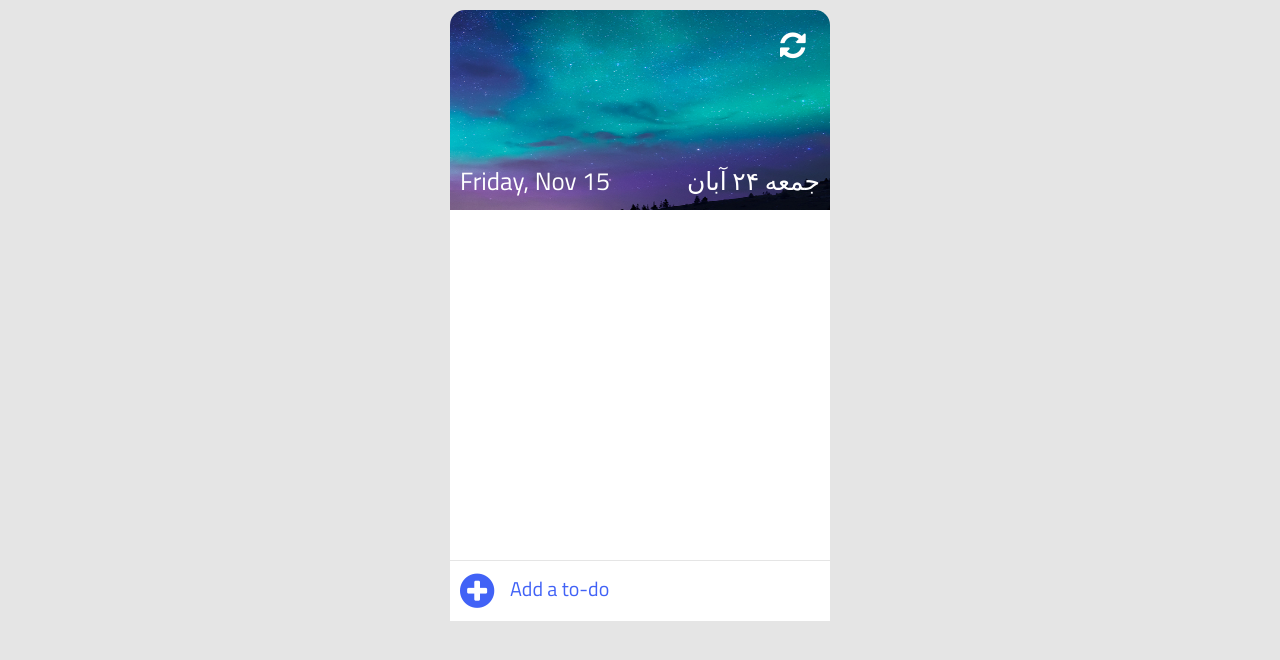
Repository: abouzarSoleymani/todo-js
Page: index.html
The author's editor kept a copy of each file at every save. The page is drawn from the files as they stood at one save, then again after the next save.
The browser window is 1280 px wide. The pictures show the whole page.
Some web libraries are served in a nearby version.

Above is the page before, as saved 2019-11-15 13:17:00.

After the next save:
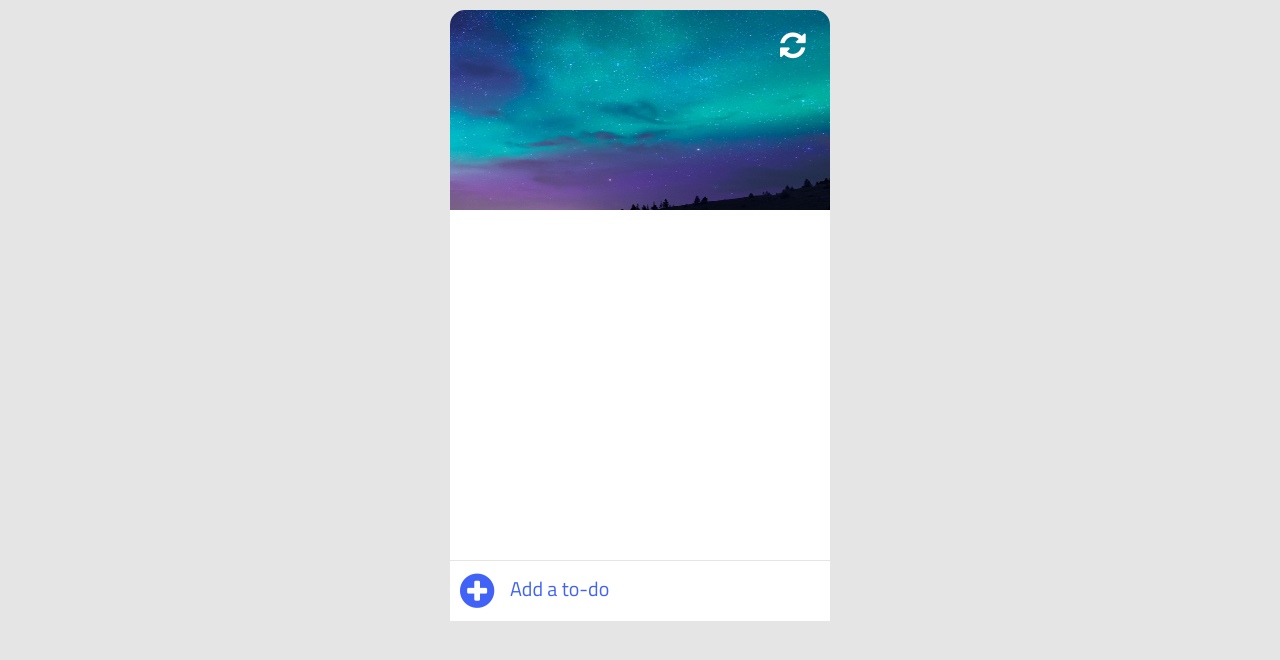
Console error: TypeError: today.format is not a function
Saved 64 s later.
--- a/js/app.js
+++ b/js/app.js
@@ -46,6 +46,7 @@
 const optionsEN = {weekday : "long", month:"short", day:"numeric"};
 const optionsFA = { weekday : "long", month:"short", day:"numeric"};
 const today = new Date();
+today.format('dd st-MMM-yyyy');
 
 dateElementEN.innerHTML = today.toLocaleDateString("en-US", optionsEN);
 dateElementFA.innerHTML = today.toLocaleDateString("fa", optionsFA);

After the 2 saves that followed:
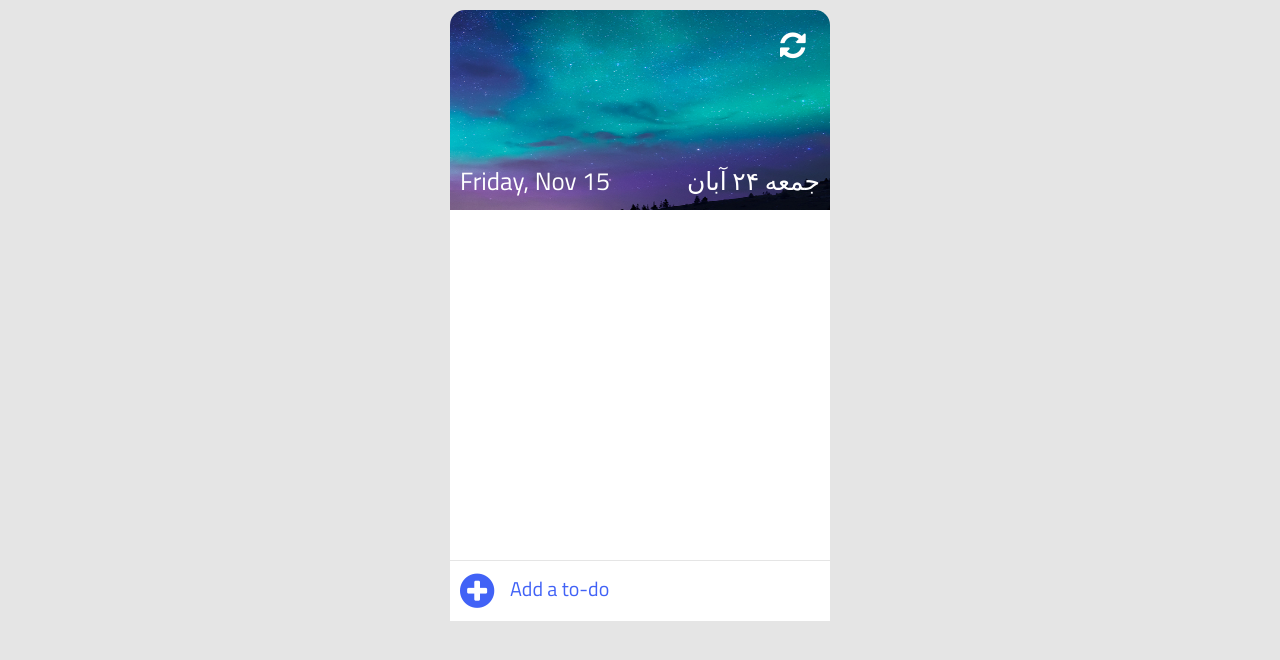
The error is gone.
The 2 saves are shown as one change because 1 left the picture as it was.
The last was saved 3 min 15 s later.
--- a/index.html
+++ b/index.html
@@ -5,6 +5,8 @@
     <meta charset="UTF-8">
     <title>JavaScript - To Do List</title>
     <link rel="stylesheet" href="https://fonts.googleapis.com/css?family=Titillium+Web">
+    <script src="https://cdnjs.cloudflare.com/ajax/libs/moment.js/2.18.1/moment.min.js"></script>
+
     <link rel="stylesheet" href="css/font-awesome.css">
     <link rel="stylesheet" href="css/style.css">
 </head>
--- a/js/app.js
+++ b/js/app.js
@@ -46,7 +46,7 @@
 const optionsEN = {weekday : "long", month:"short", day:"numeric"};
 const optionsFA = { weekday : "long", month:"short", day:"numeric"};
 const today = new Date();
-today.format('dd st-MMM-yyyy');
+var formatted = moment(today).format('D MMMM YYYY');
 
 dateElementEN.innerHTML = today.toLocaleDateString("en-US", optionsEN);
 dateElementFA.innerHTML = today.toLocaleDateString("fa", optionsFA);
